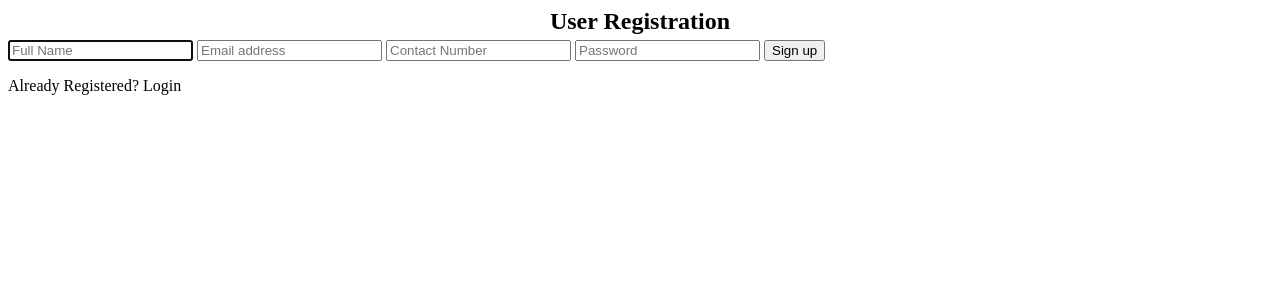
Repository: sagarpatil11/ToDo
Page: todo/src/main/webapp/templates/userregistration.html
An editor plug-in stored every save of this project. The page is shown before and after the next save, followed by the edit.
The browser window is 1280 px wide. The pictures show the whole page.

Above is the page before, as saved 2017-07-19 07:33:25.

After the next save:
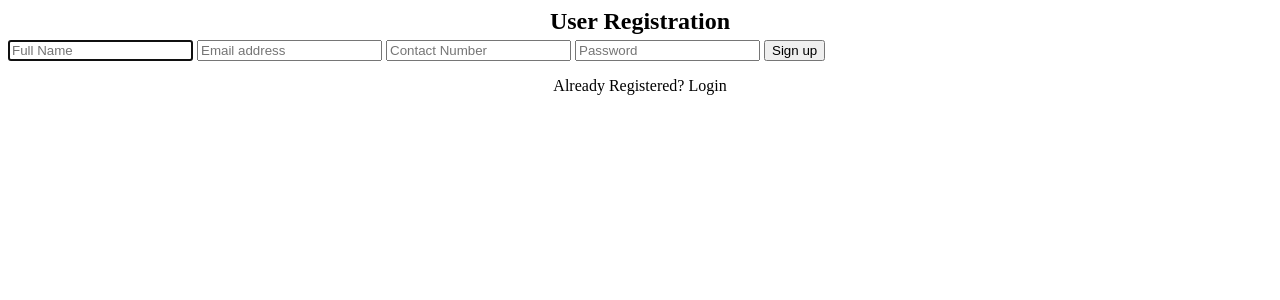
Saved 3 h 19 min later.
--- a/todo/src/main/webapp/templates/userregistration.html
+++ b/todo/src/main/webapp/templates/userregistration.html
@@ -9,6 +9,6 @@
 
                 <button class="btn btn-lg btn-primary btn-block btn-signin" type="submit">Sign up</button>
             </form>
-            Already Registered?<a ui-sref="login"> Login</a>
+            <p style="text-align: center;">Already Registered?<a ui-sref="login"> Login</a></p>
         </div>
 </div>
